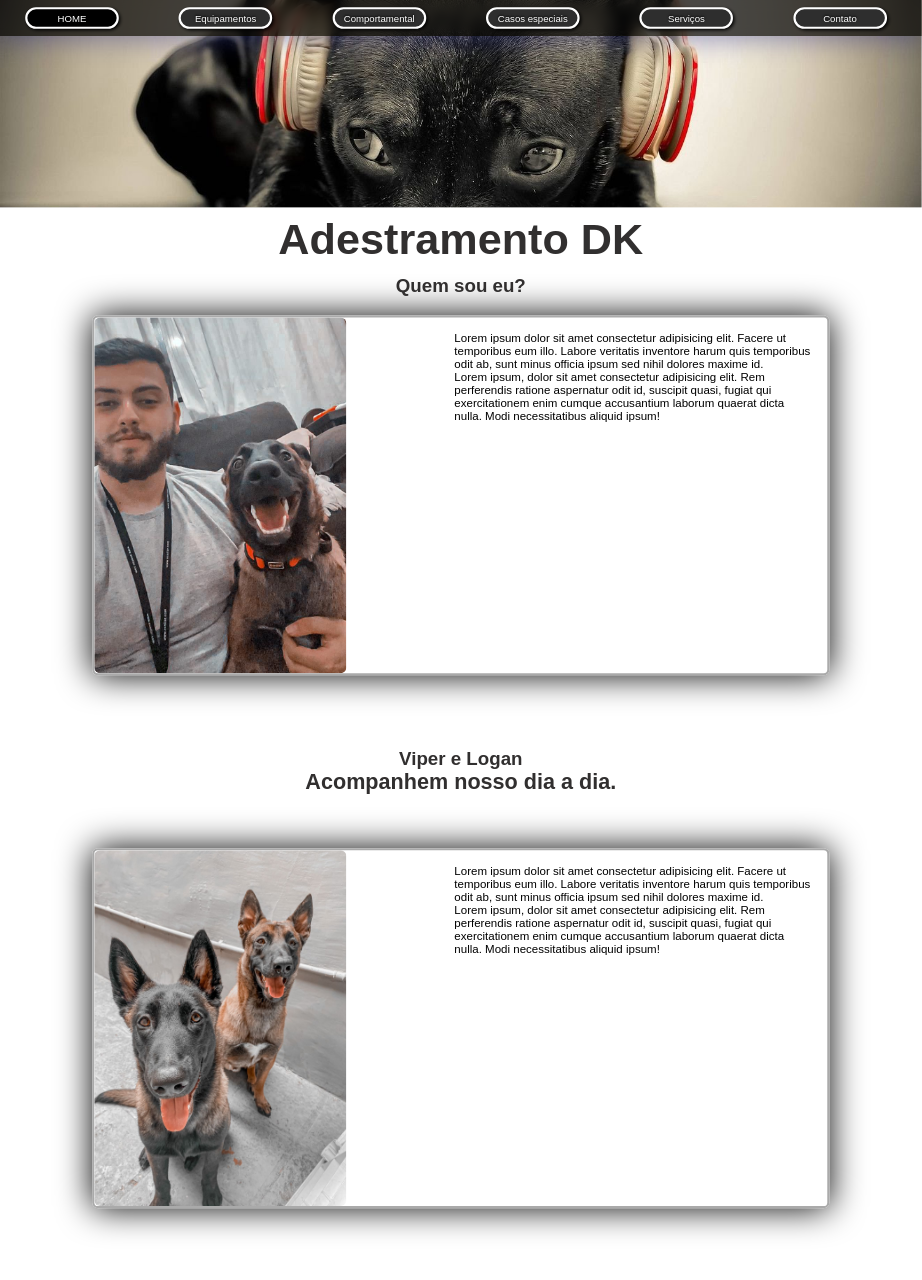
Repository: KevynMarques/Blog-React-StyledComponent
Page: /
These files come from the project's save history. The page is drawn as it stood at one moment and after the next save; the edit follows.
The browser window is 1280 px wide. The pictures show the whole page, at 72% of full size.
The project was rebuilt for these pictures with package versions that can differ from the ones it lists, and the page was loaded fresh each time. Also part of the build but not shown: src/Components/Equipamentos/style.jsx, src/Components/Equipamentos/index.jsx, src/Components/Comportamental/style.jsx, src/Components/Comportamental/index.jsx, src/Components/Clientes/style.jsx, src/Components/Clientes/index.jsx, src/Components/Serviços/index.jsx, src/Components/Contato/index.jsx.

Above is the page before, as saved 2022-02-11 14:06:55.

### src/App.js
import Home from './Components/Home';
import Sobre from './Components/Sobre/index';
import { useState, useEffect } from 'react';
import { GlobalStyle } from './GlobalStyle';
import Geral from './Components/Geral/index';

function App() {

  const [geral, setGeral]=useState(<Sobre />);

  return (
    <>
    <Home setGeral={setGeral} />
    <Geral geral={geral} />
    <GlobalStyle/>
   </>
  );
}

export default App;

### src/Components/Home/index.jsx
import React, {useState} from "react"
import { Home,  HomeB, Equip, Comportamental, MeusCaes, Serviços, Contato } from "./Style"
import Equipamentos from "../Equipamentos/index"
import Sobre from '../Sobre/index'
import Comport  from '../Comportamental/index'
import Clientes from '../Clientes/index'
import Serv from "../Serviços"
import Cont from '../Contato/index'



export default (props) => {

   const [ativo, setAtivo] = useState(true)


  return (
   <>
    <Home>


       <HomeB
         setAtivo={setAtivo}
         corTeste={ativo}
         onClick={() =>(props.setGeral(<Sobre />))}>
         <p>HOME</p>
       </HomeB>



       <Equip onClick={()=>(props.setGeral(<Equipamentos />))}>
        <p>Equipamentos</p>
       </Equip>

       <Comportamental onClick={() =>(props.setGeral(<Comport />))} >
         <p>Comportamental</p>
       </Comportamental>

       <MeusCaes onClick={() =>(props.setGeral(<Clientes />))} >
         <p>Casos especiais</p>
       </MeusCaes>

       <Serviços onClick={() =>(props.setGeral(<Serv />))}>
         <p>Serviços</p>
       </Serviços>

       <Contato onClick={() =>(props.setGeral(<Cont />))}>
         <p>Contato</p>
      </Contato>

    </Home>
    </>
  );
}

### src/Components/Sobre/index.jsx
import { Sobre, Tittle, Dogs, Baner} from "./style"
import Foto from '../Image/foto.png'
import LV from '../Image/LV.jpg';
import Dog from '../Image/Dog.png'

export default () => {
  return (
<>
     <Baner>
       <img src={Dog} />
     </Baner>

   <Tittle>
    <h1>Adestramento DK</h1>
      <h2>Quem sou eu?</h2>
    </Tittle>


  <Sobre>
    <section>
    <p>Lorem ipsum dolor sit amet consectetur adipisicing elit. Facere ut temporibus eum illo. Labore veritatis inventore harum quis temporibus odit ab, sunt minus officia ipsum sed nihil dolores maxime id.
      <br></br>
    Lorem ipsum, dolor sit amet consectetur adipisicing elit. Rem perferendis ratione aspernatur odit id, suscipit quasi, fugiat qui exercitationem enim cumque accusantium laborum quaerat dicta nulla. Modi necessitatibus aliquid ipsum!
    </p>
       <div>
        <img src={Foto} />
       </div>
    </section>
  </Sobre>


  <Tittle>
      <h2>Viper e Logan</h2>
      <p>Acompanhem nosso dia a dia.</p>
    </Tittle>

<Dogs>
<section>
    <p>Lorem ipsum dolor sit amet consectetur adipisicing elit. Facere ut temporibus eum illo. Labore veritatis inventore harum quis temporibus odit ab, sunt minus officia ipsum sed nihil dolores maxime id.
      <br></br>
    Lorem ipsum, dolor sit amet consectetur adipisicing elit. Rem perferendis ratione aspernatur odit id, suscipit quasi, fugiat qui exercitationem enim cumque accusantium laborum quaerat dicta nulla. Modi necessitatibus aliquid ipsum!
    </p>
       <div>
        <img src={LV} />
       </div>
    </section>
</Dogs>

</>

  );
}

### src/GlobalStyle.js
import { createGlobalStyle } from 'styled-components';
import styled from 'styled-components';

 export const GlobalStyle = createGlobalStyle`
  * {
    margin: 0;
    padding: 0;
    box-sizing: border-box;

  }
`;

### src/Components/Geral/index.jsx
import React from "react"

export default (props) => {

  return (

    <>
    {props.geral}
    </>

  );

}

### src/Components/Home/Style.jsx
import styled from "styled-components";


export const  Home  = styled.div `
     width: 100vw;
     height: 50px;
     margin: 0;
     position: fixed;
     z-index: 99999;
     background: rgba( 0, 0, 0, 0.7 );
     box-shadow: 0 8px 32px 0 rgba( 31, 38, 135, 0.37 );
     backdrop-filter: blur( 7.5px );
     -webkit-backdrop-filter: blur( 7.5px );
     color:white;
     display: flex;
     align-items: center;
     justify-content: center;
`;

export const HomeB = styled.button `

font-family: Arial, Helvetica, sans-serif;
font-style:normal;
color:#ffffff;
border:3px solid #ffffff;
text-shadow:0px -1px 3px #000000;
box-shadow:2px 2px 5px #000000;
-moz-box-shadow:2px 2px 5px #000000;
-webkit-box-shadow:2px 2px 5px #000000;
border-radius:25px 25px 25px 25px;
-moz-border-radius:25px 25px 25px 25px;
-webkit-border-radius:25px 25px 25px 25px;
width:130px;
height: 30px;
background:${props => props.ativo ? '#FFF' : '#000'};

&:hover {
  background-color: black;
}

cursor:pointer;
margin:0 auto;
margin-left: 35px;

&:active {
  transform: scale(0.9);
}

`;


export const Equip = styled(HomeB) `

background:#2e2e2e;

`;

export const Comportamental = styled(HomeB) `

background:#2e2e2e;

`;


export const MeusCaes = styled(HomeB) `

background:#2e2e2e;

`;


export const Serviços = styled(HomeB) `

background:#2e2e2e;

`;

export const Contato = styled(HomeB) `

background:#2e2e2e;

`;

### src/Components/Sobre/style.jsx
import styled from "styled-components";

export const Baner= styled.div `
  width: 100%;
  height: 40vh;


    img {
    width: 100%;
    height: 100%;
    object-fit: cover;

    }
`;


export const Tittle = styled.h1`
@import url('https://fonts.googleapis.com/css2?family=Prompt:ital,wght@1,300&display=swap');
color: #312f2f;
font-size: 30px;
font-family: 'Prompt', sans-serif;
text-align: center;
height: 40px;
margin-top: 10px;

      h2 {
      font-size:26px ;
      margin-top: 15px;
      }
`;

export const  Sobre  = styled.section `
  height: 500px;
  border: solid 3px #aaaaaa;
  width: 80vw;
  margin: 100px  10%;
  border-radius: 8px;
  box-shadow: 0 0 3em Black;
  display: flex;


  div {
    width: 35%;
    height:494px;
    margin-top: -146px;
  }

  img {
    object-fit: cover;
    width: 100%;
    height: 100%;
    border-radius: 8px;
  }

p {
    width: 500px;
    margin-left: 500px;
    margin-top: 20px;
    font-size: 16px;
    font-family: Arial, Helvetica, sans-serif;
  }
`;



export const  Dogs  = styled(Sobre) `

`;

Loaded but not shown: public/index.html (common file); src/index.js (common file)

After the next save:
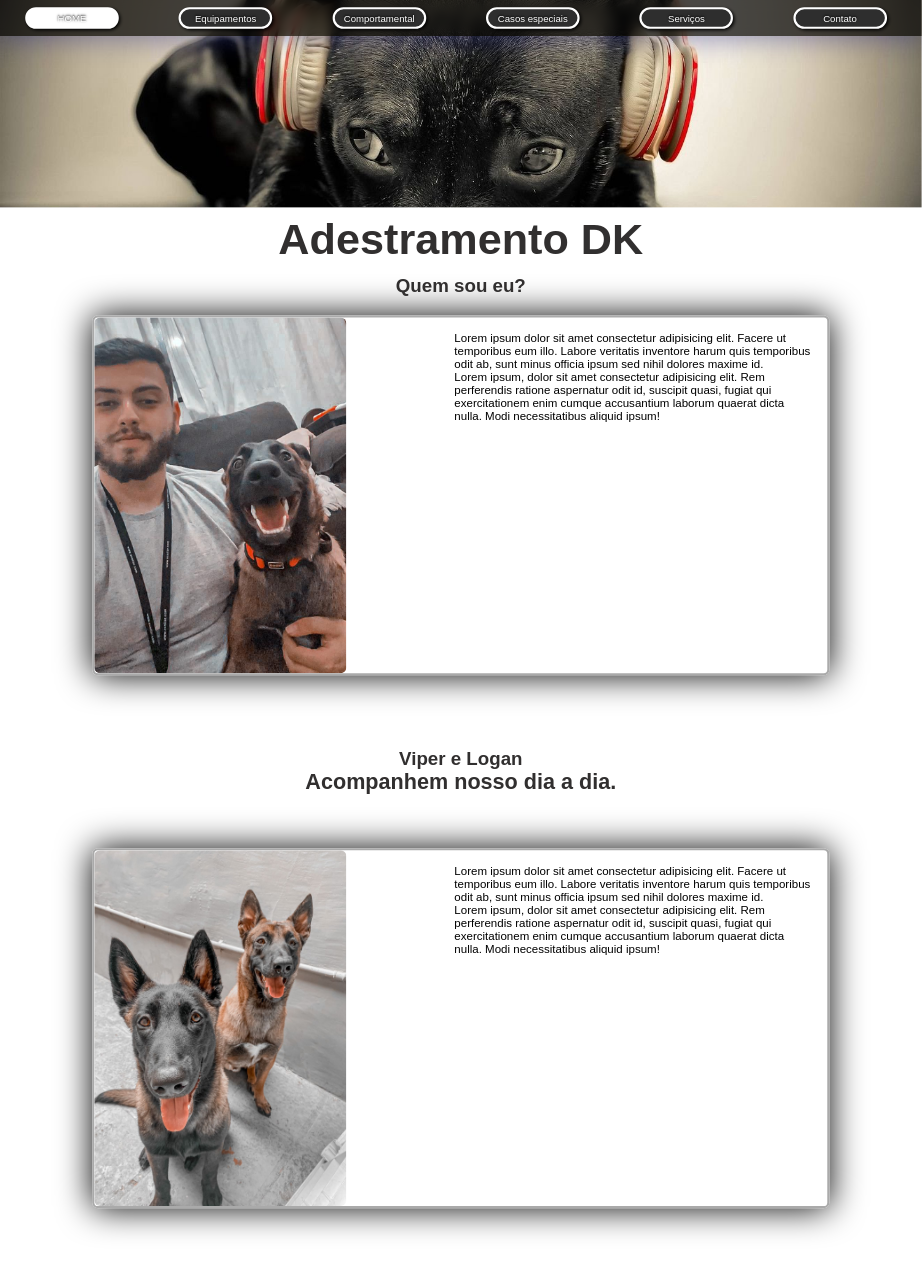
Saved 16 s later.
--- a/src/Components/Home/index.jsx
+++ b/src/Components/Home/index.jsx
@@ -21,7 +21,7 @@ export default (props) => {
 
        <HomeB
          setAtivo={setAtivo}
-         corTeste={ativo}
+         ativo={ativo}
          onClick={() =>(props.setGeral(<Sobre />))}>
          <p>HOME</p>
        </HomeB>
